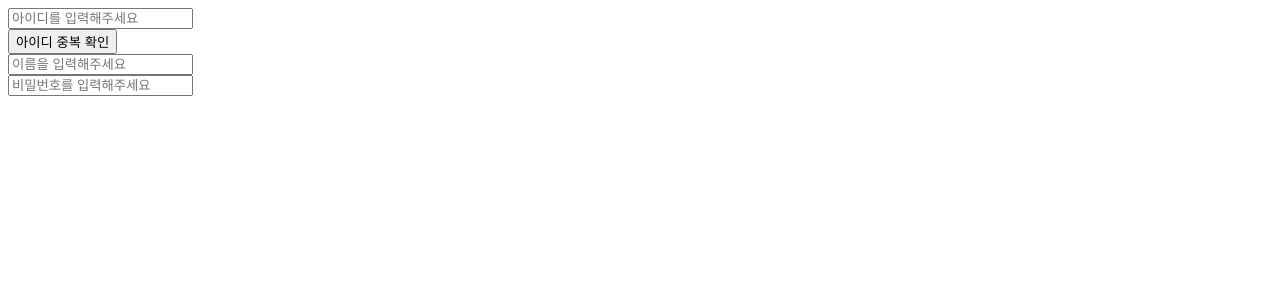
Repository: kimeuiyeob/KOPO_JSP_Study_2
Page: http://localhost/JspStudy/Ajax.jsp
The author's editor kept a copy of each file at every save. The page is drawn from the files as they stood at one save, then again after the next save.
The browser window is 1280 px wide. The pictures show the whole page.
The page is served by Tomcat 9. Other server files are loaded and not shown.

Above is the page before, as saved 2023-06-21 00:20:06.

### JspStudy/src/main/webapp/Ajax.jsp
<%@ page language="java" contentType="text/html; charset=UTF-8" pageEncoding="UTF-8"%>
<!DOCTYPE html>
<html>
<head>
<meta charset="UTF-8">
<title>Insert title here</title>
</head>

<script src="https://ajax.googleapis.com/ajax/libs/jquery/3.5.1/jquery.min.js"></script>

<script>
	$(function() {
		$("#goAjax").click(function() {

			var id = $("#id").val();
			var pw = $("#pw").val();
			var name = $("#name").val();

			let datas = {
				"id" : id,
				"pw" : pw,
				"name" : name
			};

			$.ajax({
				url : "getAjax.jsp",
				type : "post",
				data : datas,
				success : function(result) {
					console.log("AJAX 성공");
					$('#msg').html(result);
					$('#msg').css("color", "blue");
				},
				error : function(request, status, error) {
					console.log("AJAX 실패");
					console.log("코드 : " + request.status);
					console.log("메시지 : " + request.responseText);
					console.log("에러 : " + error);
				}
			});

		});
	});
</script>

<body>

	<form>
		<input type="text" name="id" id="id" placeholder="아이디를 입력해주세요">

		<div id="msg"></div>

		<button type="button" id="goAjax">아이디 중복 확인</button>
		<br> <input type="text" name="name" id="name" placeholder="이름을 입력해주세요">
		<br> <input type="password" name="pw" id="pw" placeholder="비밀번호를 입력해주세요">
	</form>

</body>
</html>

After the next save:
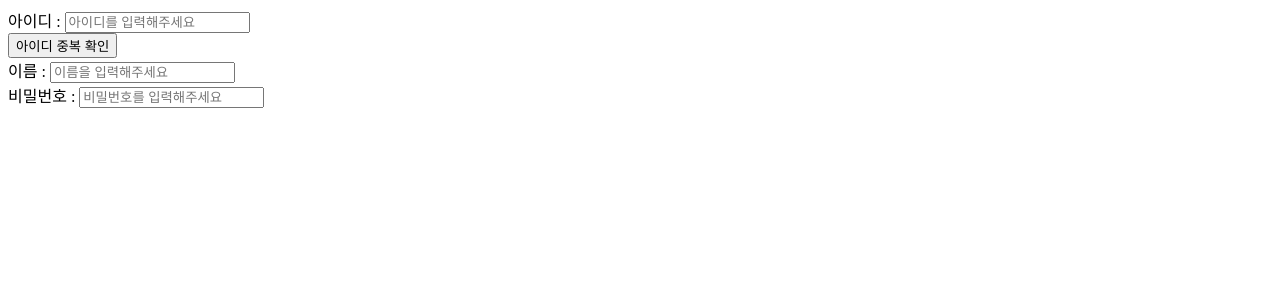
Saved 35 s later.
--- a/JspStudy/src/main/webapp/Ajax.jsp
+++ b/JspStudy/src/main/webapp/Ajax.jsp
@@ -46,13 +46,13 @@
 <body>
 
 	<form>
-		<input type="text" name="id" id="id" placeholder="아이디를 입력해주세요">
+		아이디 : <input type="text" name="id" id="id" placeholder="아이디를 입력해주세요">
 
 		<div id="msg"></div>
 
 		<button type="button" id="goAjax">아이디 중복 확인</button>
-		<br> <input type="text" name="name" id="name" placeholder="이름을 입력해주세요">
-		<br> <input type="password" name="pw" id="pw" placeholder="비밀번호를 입력해주세요">
+		<br> 이름 : <input type="text" name="name" id="name" placeholder="이름을 입력해주세요">
+		<br> 비밀번호 : <input type="password" name="pw" id="pw" placeholder="비밀번호를 입력해주세요">
 	</form>
 
 </body>
